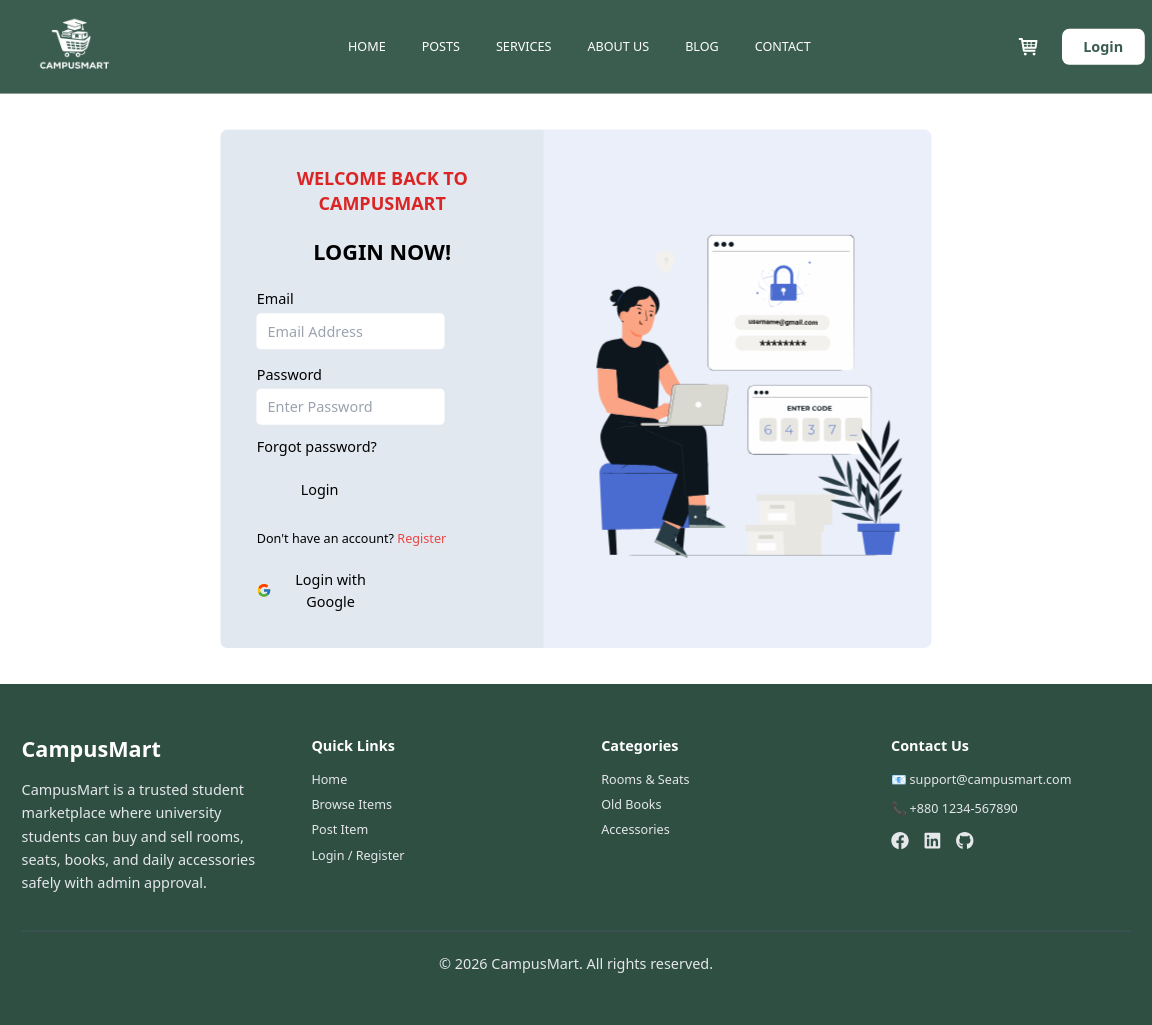
Repository: jahidhasanri/CAMPUSMART
Page: /login
An editor plug-in stored every save of this project. The page is shown before and after the next save, followed by the edit.
The browser window is 1280 px wide. The pictures show the whole page, at 90% of full size.
The project was rebuilt for these pictures with package versions that can differ from the ones it lists, and the page was loaded fresh each time. Also part of the build but not shown: vite.config.js, src/components/Banner.jsx, src/Pages/Home.jsx, src/Pages/Register.jsx.

Above is the page before, as saved 2026-01-13 23:22:05.

### index.html
<!doctype html>
<html lang="en">
  <head>
    <meta charset="UTF-8" />
    <link rel="icon" type="image/svg+xml" href="/vite.svg" />
    <meta name="viewport" content="width=device-width, initial-scale=1.0" />
    <title>campusmart</title>
  </head>
  <body>
    <div id="root"></div>
    <script type="module" src="/src/main.jsx"></script>
  </body>
</html>

### src/main.jsx
import { StrictMode } from 'react'
import { createRoot } from 'react-dom/client'
import './index.css'
import { RouterProvider } from 'react-router-dom'
import Router from './router/Router.jsx'


createRoot(document.getElementById('root')).render(
  <StrictMode>
    <RouterProvider router={Router} />
  </StrictMode>,
)

### src/router/Router.jsx
import { createBrowserRouter } from "react-router-dom";
import Home from "../Pages/Home.jsx";
import Main from "../components/Main.jsx";
import Login from "../Pages/Login.jsx";
import Register from "../Pages/Register.jsx";


const Router = createBrowserRouter([
  {
    path: "/",
    element: <Main></Main>,
    children:[
        {
            index:true,
            element:<Home></Home>
        },
        {
          path:"/login",
          element:<Login></Login>
        },
        {
          path:"/register",
          element:<Register></Register>
        }
    ]
  },
]);

export default Router;

### src/components/Main.jsx
import React from 'react';
import { Outlet } from 'react-router-dom';
import Navbar from './Navbar';
import Footer from './Footer';

const Main = () => {
    return (
        <div className=''>
            <Navbar></Navbar>
            <div className="min-h-[calc(100vh-422px)]">

            <Outlet></Outlet>
            </div>
            <Footer></Footer>
        </div>
    );
};

export default Main;

### src/Pages/Login.jsx

import { FcGoogle } from 'react-icons/fc';
import { Link, } from 'react-router-dom';
// import { AuthContext } from '../Provider/AuthProvider';
// import { toast } from 'react-toastify';
// import axios from 'axios';
import loginAnimation from '../json/Login.json'
import Lottie from 'lottie-react';

const Login = () => {
//   const { handleLoginwithEmail,handleLoginWithGoogle } = useContext(AuthContext);
//   const navigate = useNavigate();
//   const location = useLocation();

//   const from = location.state?.from?.pathname || '/';

//   const handelLogin = (e) => {
//     e.preventDefault();
//     const email = e.target.email.value;
//     const password = e.target.password.value;
//     console.log(email,password);
//     handleLoginwithEmail(email, password)
//       .then((result) => {
//         if (result?.user) {
//           toast.success('Login successful!');
//           setTimeout(() => {
//             navigate(from, { replace: true });
//           }, 1000);
//         } else {
//           toast.error('Login failed: User not found!');
//         }
//       })
//       .catch((error) => {
//         console.error('Error:', error);
//         toast.error(`Login failed: ${error.message}`);
//       });
//   };

//   const handelLoginwithGoogle = ()=>{
//     handleLoginWithGoogle()
//    .then((result) => {
//       if ( result?.user?.photoURL) {
//         console.log(result?.user.photoURL);
//         toast.success('Login with Google successful!');
//         const userInfo = {
//           name: result?.user?.displayName,
//           email: result?.user?.email,
//           image: result?.user?.photoURL
//         };

//         axios.post("https://resturent-management-server-three.vercel.app/users", userInfo)
//           .then(res => {
//             console.log("User saved to DB:");
//           })
//           .catch(err => {
//             console.error("DB Save Error:", err);
//           });

//         setTimeout(() => {
//           navigate(from, { replace: true });
//         }, 1000);
//       } else {
//         toast.error('Google login failed!');
//       }
//     })
//     .catch((error) => {
//       console.error('Google Login Error:', error);
//       toast.error(`Google login failed: ${error.message}`);
//     });
//   }

  return (
   <div className="container mx-auto lg:w-8/12 my-10 px-4 sm:px-6 md:px-8">
  <div className="flex flex-col lg:flex-row xl:flex-row items-center gap-6 bg-[#ebeffa] rounded-lg overflow-hidden">

     {/* Form */}
    <div className="w-full lg:w-1/2 xl:w-1/2 p-4 sm:p-6 md:p-10 mr-3 bg-slate-200 flex flex-col justify-center">
      <h1 className="text-2xl sm:text-xl text-[#db2525] font-bold text-center mb-6">WELCOME BACK TO CAMPUSMART</h1>
      <h3 className="text-3xl sm:text-2xl font-bold text-center mb-6">LOGIN NOW!</h3>
      <form className="flex flex-col gap-4">
        <div className=" w-full">
          <div>
            <label className="label ">
            <span className="label-text font-medium mb-1">Email</span>
          </label>
          </div>
          <div>
            <input
            type="email"
            name="email"
            placeholder="Email Address"
            className="input input-bordered w-full h-10 mt-1 rounded-[5px] pl-3 lg:w-9/12 bg-white border-gray-300"
            required
          />
          </div>
        </div>

        <div className=" w-full">
          <div>
          <label className="label">
            <span className="label-text font-medium mb-1">Password</span>
          </label>
          </div>
          <div>
          <input
            type="password"
            name="password"
            placeholder="Enter Password"
            className="input input-bordered w-full h-10 mt-1 mb-3 rounded-[5px] pl-3 lg:w-9/12 bg-white border-gray-300 "
            required
          />
          </div>
          <label className="label">
            <Link to="/forgetpassword" className="label-text-alt link link-hover mt-2">
              Forgot password?
            </Link>
          </label>
        </div>

        <button className="btn btn-primary w-full mt-2 sm:w-3/4 md:w-2/3 lg:w-1/2 xl:w-1/2 ">Login</button>

        <p className=" mt-4 text-sm">
          Don't have an account?{' '}
          <Link to="/register" className="text-red-500 border-b-2">
            Register
          </Link>
        </p>
      </form>

      {/* Google Login */}
      <div className="mt-6 w-full flex ">
        <button
        //   onClick={handelLoginwithGoogle}
          className="btn btn-p flex items-center justify-center gap-2 w-full sm:w-3/4 md:w-2/3 lg:w-1/2 xl:w-1/2"
        >
          <FcGoogle size={20} /> <span>Login with Google</span>
        </button>
      </div>
    </div>

    {/* Image */}
   <div className="w-full lg:w-1/2 xl:w-1/2 flex justify-center items-center p-4">
          <Lottie animationData={loginAnimation} loop={true} style={{ width: 500, height: 400 }} />
        </div>


  </div>
</div>

  );
};

export default Login;

### src/components/Category.jsx
/* eslint-disable no-unused-vars */

import { motion } from "framer-motion";
import { FaHome, FaBook, FaShoppingBag } from "react-icons/fa";

const categories = [
  {
    title: "Rooms & Seats",
    desc: "Find or rent rooms and seats near your campus easily.",
    icon: <FaHome />,
  },
  {
    title: "Old Books",
    desc: "Buy and sell previous semester books at affordable prices.",
    icon: <FaBook />,
  },
  {
    title: "Accessories",
    desc: "Daily student essentials like bags, calculators, gadgets & more.",
    icon: <FaShoppingBag />,
  },
];

const fadeUp = {
  hidden: { opacity: 0, y: 60 },
  visible: {
    opacity: 1,
    y: 0,
    transition: {
      duration: 0.7,
      ease: "easeOut",
    },
  },
};

const Categories = () => {
  return (
    <section className="py-20 bg-[#f5f7f6]">
      <div className="max-w-[1300px] mx-auto px-6">

        {/* TITLE */}
        <motion.div
          variants={fadeUp}
          initial="hidden"
          whileInView="visible"
          viewport={{ once: true }}
          className="text-center mb-16"
        >
          <h2 className="text-3xl md:text-4xl font-bold text-gray-800 mb-4">
            Browse by Category
          </h2>
          <p className="text-gray-600 max-w-xl mx-auto">
            Explore categories specially designed for university students.
          </p>
        </motion.div>

        {/* CARDS */}
        <div className="grid grid-cols-1 md:grid-cols-2 lg:grid-cols-3 gap-10">
          {categories.map((item, index) => (
            <motion.div
              key={index}
              variants={fadeUp}
              initial="hidden"
              whileInView="visible"
              viewport={{ once: true }}
              transition={{ delay: index * 0.15 }}
              className="bg-white rounded-2xl p-8 shadow-md hover:shadow-lg transition-shadow duration-300"
            >
              <div className="text-4xl text-[#3b5d50] mb-6">
                {item.icon}
              </div>

              <h3 className="text-xl font-semibold text-gray-800 mb-3">
                {item.title}
              </h3>

              <p className="text-gray-600 text-sm leading-relaxed">
                {item.desc}
              </p>
            </motion.div>
          ))}
        </div>

      </div>
    </section>
  );
};

export default Categories;

### src/components/HowItWorks.jsx
/* eslint-disable no-unused-vars */
import { useState } from "react";
import { motion, AnimatePresence } from "framer-motion";
import { FaUserPlus, FaUpload, FaCheckCircle, FaHandshake, FaSearch, FaInfoCircle, FaPhone, FaShoppingCart } from "react-icons/fa";

const sellerSteps = [
  { id: 1, icon: <FaUserPlus />, title: "Register / Login", desc: "Create your student account to start selling rooms, books, or accessories." },
  { id: 2, icon: <FaUpload />, title: "Post Your Item", desc: "Add rooms, books, seats, or accessories for sale, submit for admin approval." },
  { id: 3, icon: <FaCheckCircle />, title: "Admin Approval", desc: "Admin reviews and approves your post before it goes live." },
  { id: 4, icon: <FaHandshake />, title: "Connect & Deal", desc: "Once approved, buyers can contact you to complete the transaction safely." },
];

const buyerSteps = [
  { id: 1, icon: <FaSearch />, title: "Browse Items", desc: "Explore available rooms, books, and accessories inside your campus." },
  { id: 2, icon: <FaInfoCircle />, title: "Check Details", desc: "See post info, price, location, and ensure it is admin approved." },
  { id: 3, icon: <FaPhone />, title: "Connect With Seller", desc: "Contact the seller safely to negotiate or ask questions." },
  { id: 4, icon: <FaShoppingCart />, title: "Buy / Rent", desc: "Complete the transaction and enjoy your new item." },
];

const fadeUp = {
  hidden: { opacity: 0, y: 60 },
  visible: { opacity: 1, y: 0, transition: { duration: 0.7, ease: "easeOut" } },
};

const HowItWorks = () => {
  const [activeTab, setActiveTab] = useState("seller");

  const steps = activeTab === "seller" ? sellerSteps : buyerSteps;

  return (
    <section className="py-20 bg-white">
      <div className="max-w-[1300px] mx-auto px-6">

        {/* SECTION TITLE + TAB */}
        <motion.div
          variants={fadeUp}
          initial="hidden"
          whileInView="visible"
          viewport={{ once: true }}
          className="text-center mb-12"
        >
          <h2 className="text-3xl md:text-4xl font-bold text-gray-800 mb-4">
            How CampusMart Works
          </h2>
          <p className="text-gray-600 max-w-xl mx-auto">
            Simple steps for both sellers and buyers inside your university community.
          </p>

          {/* Tabs */}
          <div className="flex justify-center gap-6 mt-6">
            <button
              className={`px-5 py-2 rounded-full font-semibold ${activeTab === "seller" ? "bg-[#3b5d50] text-white" : "bg-gray-200 text-gray-800"}`}
              onClick={() => setActiveTab("seller")}
            >
              Seller
            </button>
            <button
              className={`px-5 py-2 rounded-full font-semibold ${activeTab === "buyer" ? "bg-[#3b5d50] text-white" : "bg-gray-200 text-gray-800"}`}
              onClick={() => setActiveTab("buyer")}
            >
              Buyer
            </button>
          </div>
        </motion.div>

        {/* Steps Grid */}
        <div className="grid grid-cols-1 md:grid-cols-2 lg:grid-cols-4 gap-10">
          <AnimatePresence mode="wait">
            {steps.map((step, index) => (
              <motion.div
                key={step.id}
                variants={fadeUp}
                initial="hidden"
                whileInView="visible"
                exit={{ opacity: 0, y: 40, transition: { duration: 0.3 } }}
                viewport={{ once: true }}
                transition={{ delay: index * 0.15 }}
                className="bg-[#f5f7f6] p-8 rounded-2xl shadow-md hover:shadow-lg transition-shadow duration-300 text-center"
              >
                <div className="text-5xl text-[#3b5d50] mb-6">{step.icon}</div>
                <h3 className="text-xl font-semibold text-gray-800 mb-3">{step.title}</h3>
                <p className="text-gray-600 text-sm leading-relaxed">{step.desc}</p>
              </motion.div>
            ))}
          </AnimatePresence>
        </div>
      </div>
    </section>
  );
};

export default HowItWorks;

### src/components/Navbar.jsx

import { useState } from "react";
import { Link } from "react-router-dom";
import { TiShoppingCart } from "react-icons/ti";
import { HiMenuAlt3, HiX } from "react-icons/hi";

const Navbar = () => {
  const [menuOpen, setMenuOpen] = useState(false);

  const navLinks = [
    { name: "HOME", path: "/" },
    { name: "POSTS", path: "/products" },
    { name: "SERVICES", path: "/services" },
    { name: "ABOUT US", path: "/about" },
    { name: "BLOG", path: "/blog" },
    { name: "CONTACT", path: "/contact" },
  ];

  return (
    <header className="bg-[#3b5d50] text-white">
      <div className="max-w-[1300px]  mx-auto px-2 py-5">
        <div className="flex items-center justify-between h-16">

          {/* Logo */}
         <Link href={'/'}>
          <img src="/images/campu_logo-removebg-preview.png" className="w-[150px] h-26" alt="Green Nest Logo" />
         </Link>

          {/* Desktop Menu (lg only) */}
          <ul className="hidden lg:flex gap-10 font-normal text-sm">
            {navLinks.map((link) => {
              return (
                <li key={link.path}>
                  <Link
                    href={link.path}
                    className={`pb-1 transition-all duration-300`}
                  >
                    {link.name}
                  </Link>
                </li>
              );
            })}
          </ul>

          {/* Cart + Login (md and up) */}
          <Link href={'/login'} className="hidden md:flex items-center gap-6">
            <TiShoppingCart
              size={26}
              className="cursor-pointer hover:text-[#5a8139]"
            />
            <Link to={'/login'} className="bg-white text-[#3b5d50] px-6 py-2 rounded-lg font-semibold hover:bg-gray-200 transition">
                Login
              </Link>
          </Link>

          {/* Hamburger (md & sm only) */}
          <div className="lg:hidden">
            <button onClick={() => setMenuOpen(!menuOpen)}>
              {menuOpen ? <HiX size={28} /> : <HiMenuAlt3 size={28} />}
            </button>
          </div>
        </div>

        {/* Mobile + Tablet Menu */}
        {menuOpen && (
          <div className="lg:hidden mt-4">
            <ul className="flex flex-col gap-4 font-medium">
              {navLinks.map((link) => {
                return (
                  <li key={link.path}>
                    <Link
                      href={link.path}
                      onClick={() => setMenuOpen(false)}
                      className={`block pb-1`}
                    >
                      {link.name}
                    </Link>
                  </li>
                );
              })}
            </ul>

                <Link href={'/login'} className=" md:hidden items-center gap-6">
            <TiShoppingCart
              size={26}
              className="cursor-pointer mb-5 mt-5 hover:text-[#5a8139]"
            />
            <button className="bg-[#5a8139] mb-5 hover:bg-[#5b8139d7] px-4 py-1.5 cursor-pointer rounded">
              Login
            </button>
          </Link>

          </div>
        )}
      </div>
    </header>
  );
};

export default Navbar;

### src/components/Footer.jsx
import { FaFacebook, FaLinkedin, FaGithub } from "react-icons/fa";

const Footer = () => {
  return (
    <footer className="bg-[#2f4f43] text-gray-200">
      <div className="max-w-[1300px] mx-auto px-6 py-14">
        <div className=" grid grid-cols-1 md:grid-cols-2 lg:grid-cols-4 gap-14">

          {/* BRAND */}
          <div className="">
            <h2 className="text-2xl font-bold text-white mb-4">
              CampusMart
            </h2>
            <p className="text-[16px] leading-relaxed">
              CampusMart is a trusted student marketplace where university
              students can buy and sell rooms, seats, books, and daily
              accessories safely with admin approval.
            </p>
          </div>

          {/* QUICK LINKS */}
          <div>
            <h3 className="text-[16px] font-semibold text-white mb-4">
              Quick Links
            </h3>
            <ul className="space-y-2 text-sm">
              <li className="hover:text-white cursor-pointer">Home</li>
              <li className="hover:text-white cursor-pointer">Browse Items</li>
              <li className="hover:text-white cursor-pointer">Post Item</li>
              <li className="hover:text-white cursor-pointer">Login / Register</li>
            </ul>
          </div>

          {/* CATEGORIES */}
          <div>
            <h3 className="text-[16px] font-semibold text-white mb-4">
              Categories
            </h3>
            <ul className="space-y-2 text-sm">
              <li className="hover:text-white cursor-pointer">Rooms & Seats</li>
              <li className="hover:text-white cursor-pointer">Old Books</li>
              <li className="hover:text-white cursor-pointer">Accessories</li>
            </ul>
          </div>

          {/* CONTACT */}
          <div>
            <h3 className="text-[16px] font-semibold text-white mb-4">
              Contact Us
            </h3>
            <p className="text-sm mb-3">📧 support@campusmart.com</p>
            <p className="text-sm mb-4">📞 +880 1234-567890</p>

            <div className="flex gap-4 text-xl">
              <FaFacebook className="hover:text-white cursor-pointer" />
              <FaLinkedin className="hover:text-white cursor-pointer" />
              <FaGithub className="hover:text-white cursor-pointer" />
            </div>
          </div>

        </div>

        {/* BOTTOM */}
        <div className="border-t border-gray-600 mt-10 pt-6 text-center text-[16px]">
          © {new Date().getFullYear()} CampusMart. All rights reserved.
        </div>
      </div>
    </footer>
  );
};

export default Footer;

Loaded but not shown: src/index.css (common file); src/json/Login.json (common file); tailwind.config.js (common file)

After the next save:
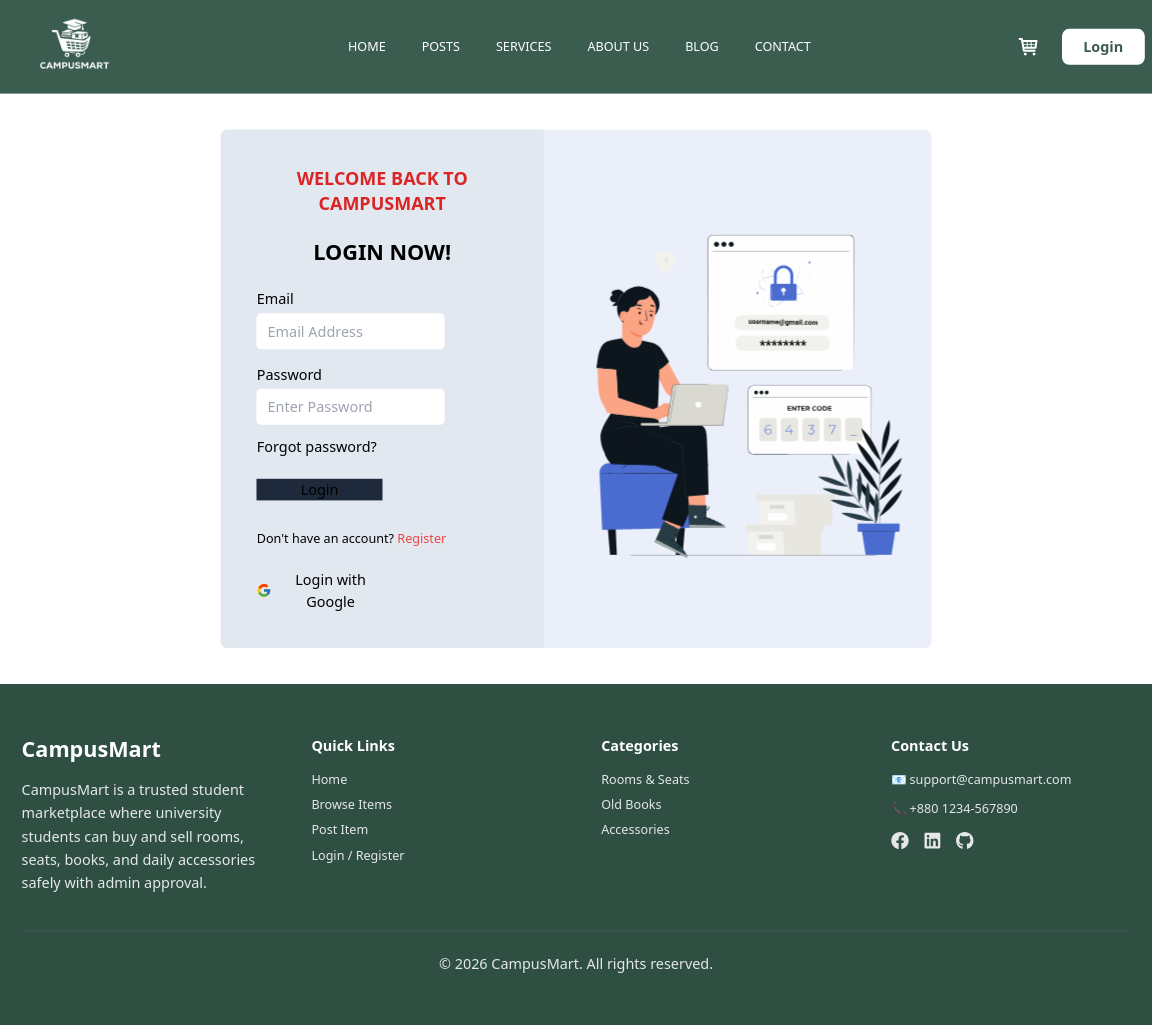
Saved 21 s later.
--- a/src/Pages/Login.jsx
+++ b/src/Pages/Login.jsx
@@ -117,7 +117,7 @@ const Login = () => {
           </label>
         </div>
 
-        <button className="btn btn-primary w-full mt-2 sm:w-3/4 md:w-2/3 lg:w-1/2 xl:w-1/2 ">Login</button>
+        <button className="btn bg-slate-800 w-full mt-2 sm:w-3/4 md:w-2/3 lg:w-1/2 xl:w-1/2 ">Login</button>
 
         <p className=" mt-4 text-sm">
           Don't have an account?{' '}
